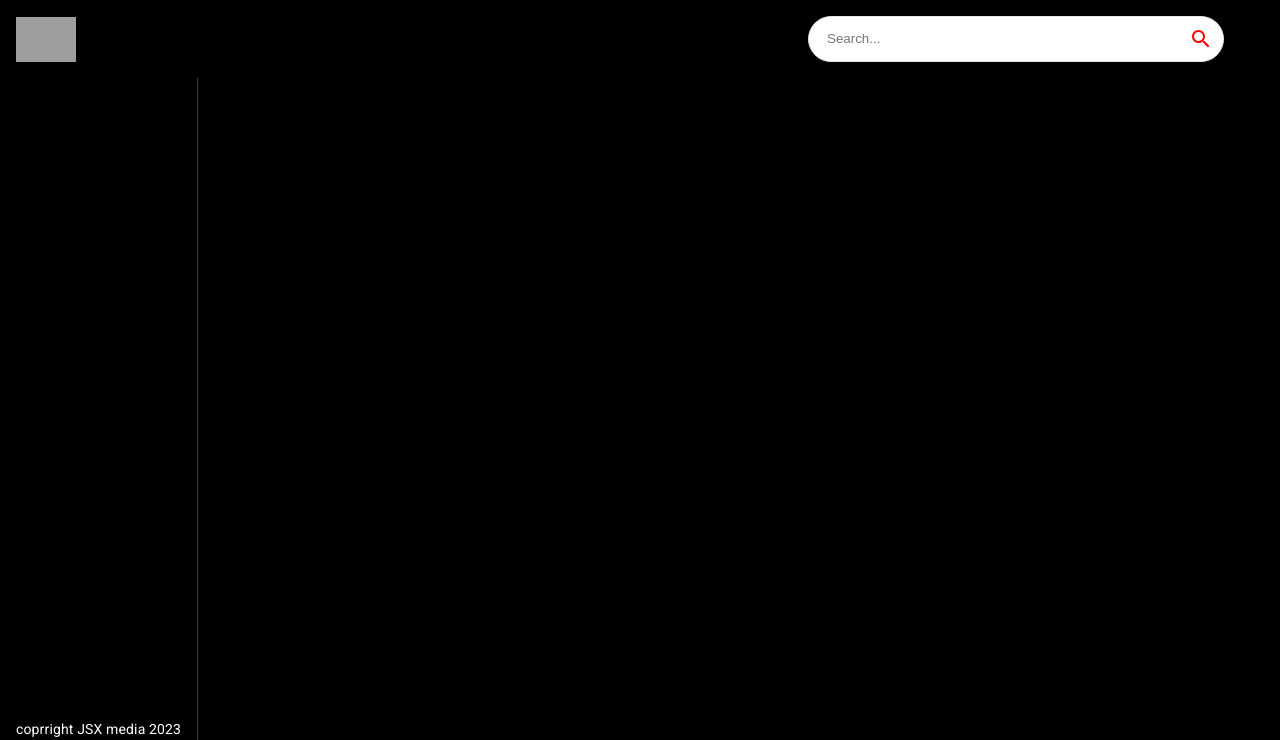
Repository: hieuhieu10/youtube_clone
Page: /
These files come from the project's save history. The page is drawn as it stood at one moment and after the next save; the edit follows.
The browser window is 1280 px wide. The pictures show the whole page.
Pictures or frames that could not be fetched are drawn as grey boxes. The project was rebuilt for these pictures with package versions that can differ from the ones it lists, and the page was loaded fresh each time. Also part of the build but not shown: src/components/ChannelDetail.jsx, src/components/VideoDetail.jsx, src/components/SearchFeed.jsx.

Above is the page before, as saved 2023-04-12 23:56:41.

After the next save:
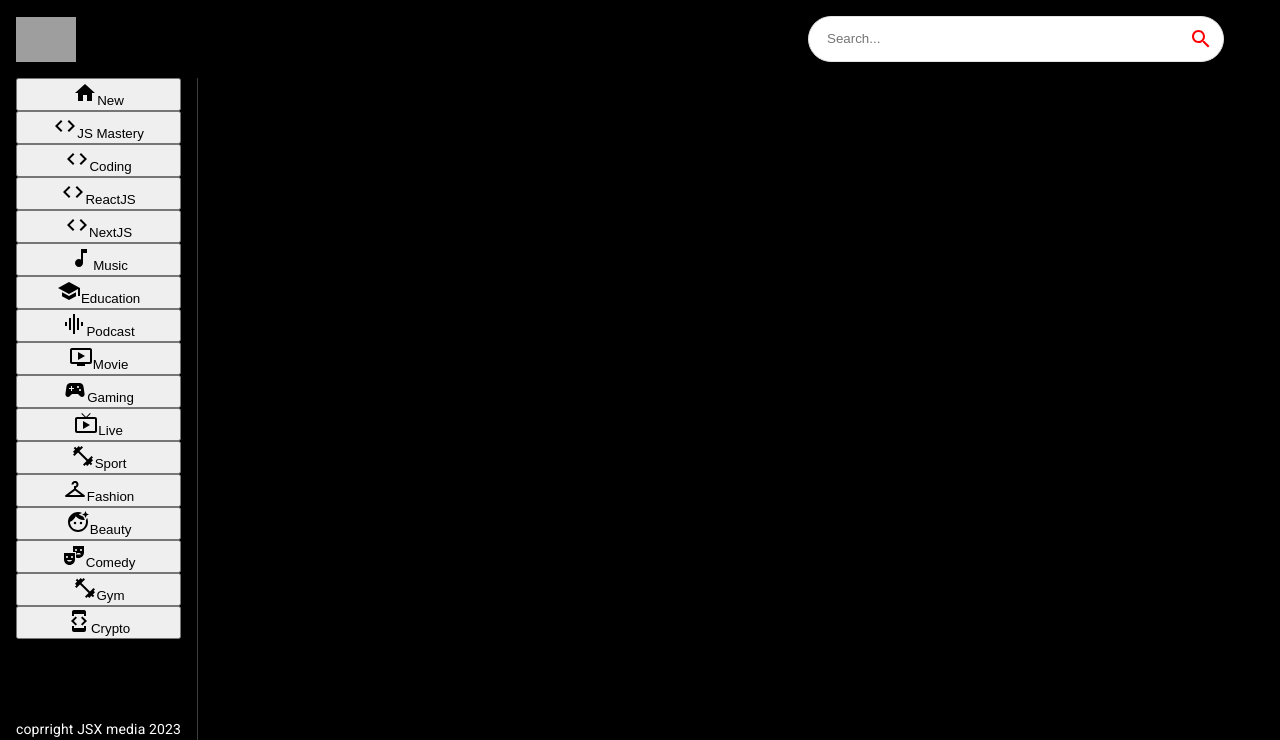
Saved 81 s later.
--- a/src/components/SideBar.jsx
+++ b/src/components/SideBar.jsx
@@ -5,7 +5,7 @@
   return (
     <Stack direction='row' sx={{overflow: 'auto', height: {sx: 'auto', md: '95%'}, flexDirection: { md: 'column'}}}>
         {categories.map((category) => (
-            <button className="category-btn">
+            <button>
                 <span>{category.icon}</span>
                 <span>{category.name}</span>
 

After the save that followed:
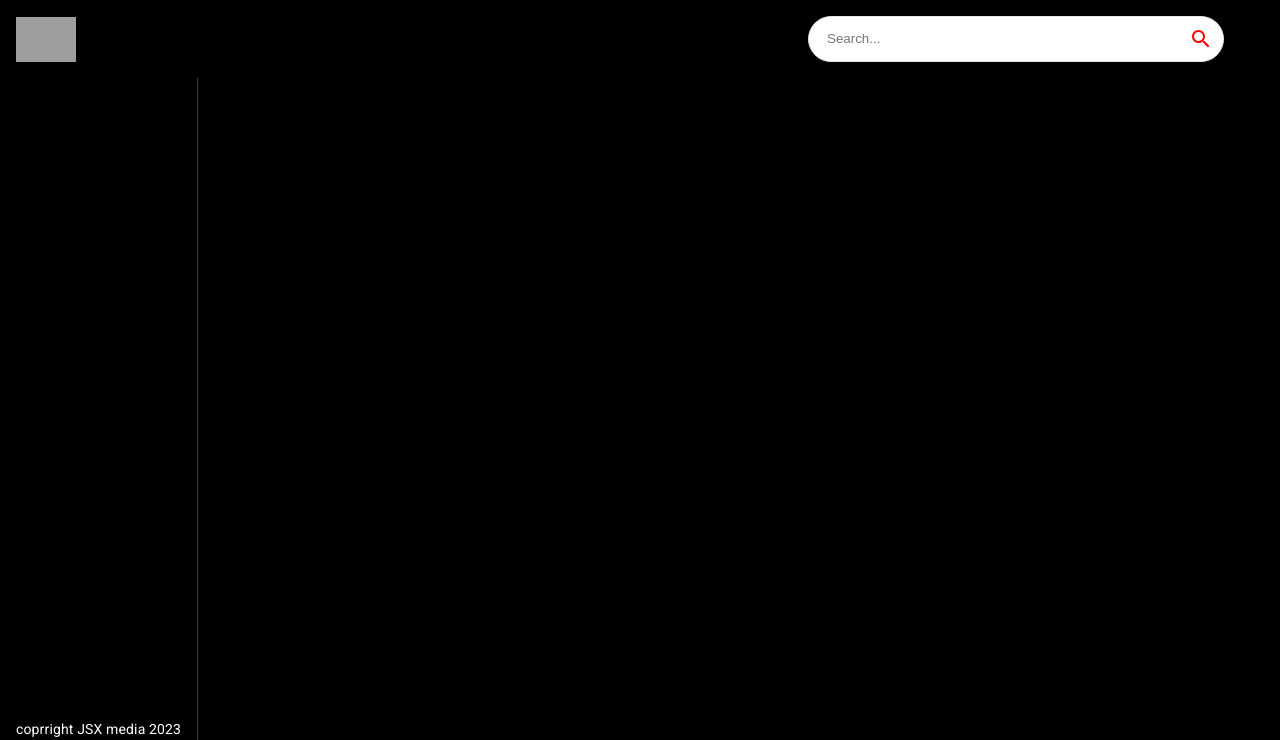
Saved 30 s later.
--- a/src/components/SideBar.jsx
+++ b/src/components/SideBar.jsx
@@ -5,7 +5,7 @@
   return (
     <Stack direction='row' sx={{overflow: 'auto', height: {sx: 'auto', md: '95%'}, flexDirection: { md: 'column'}}}>
         {categories.map((category) => (
-            <button>
+            <button className="category-btn">
                 <span>{category.icon}</span>
                 <span>{category.name}</span>
 
